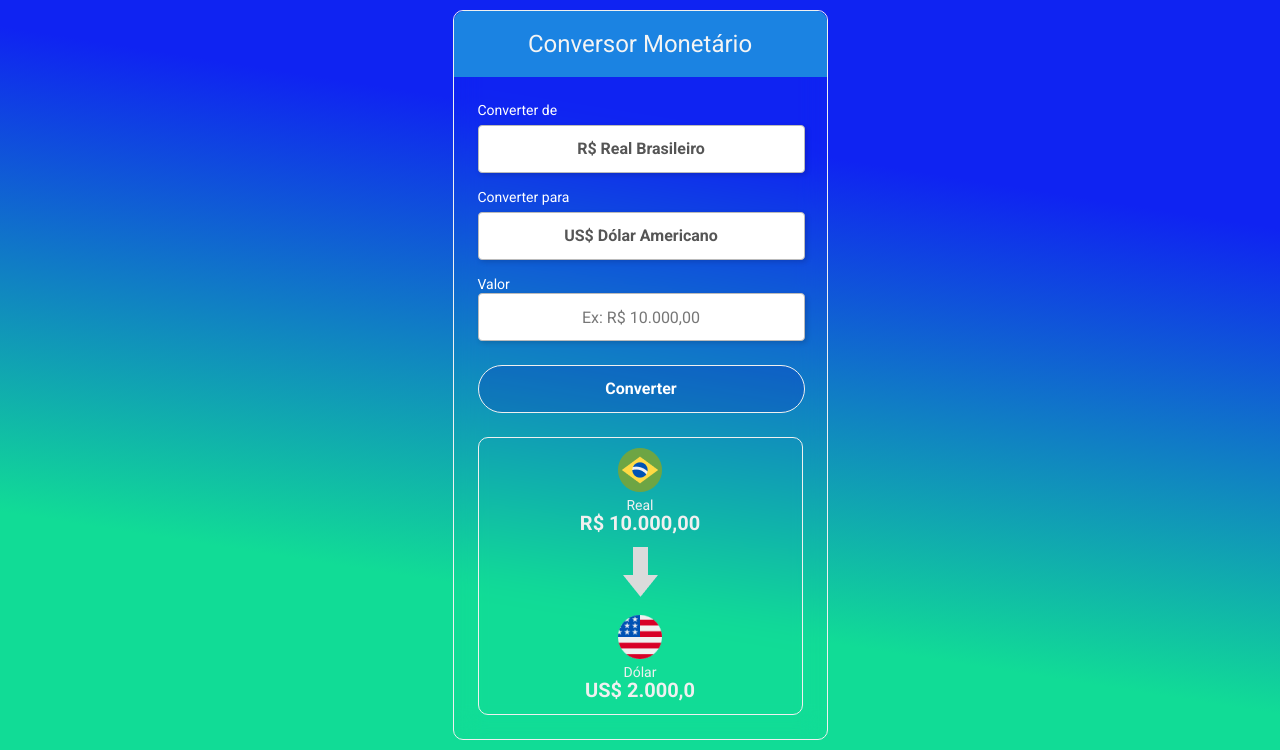
Repository: isayrous/coin-converter
Page: index.html
An editor plug-in stored every save of this project. The page is shown before and after the next save, followed by the edit.
The browser window is 1280 px wide. The pictures show the whole page.

Above is the page before, as saved 2022-11-03 00:05:23.

### index.html
<!DOCTYPE html>
<html lang="pt-br">
<head>
    <meta charset="UTF-8">
    <meta http-equiv="X-UA-Compatible" content="IE=edge">
    <meta name="viewport" content="width=device-width, initial-scale=1.0">
    <link rel='stylesheet' href="./style.css">
    <link rel="preconnect" href="https://fonts.googleapis.com">
    <link rel="preconnect" href="https://fonts.gstatic.com" crossorigin>
    <link href="https://fonts.googleapis.com/css2?family=Roboto:wght@400;700&display=swap" rel="stylesheet">
    <title>Conversor Monetário</title>
</head>
<body>
    <div class="container">

        <header>
            <h1>Conversor Monetário</h1>
        </header>

        <main>
            <label>
                Converter <strong>de</strong>
                <select id="first-select">
                    <option>R$ Real Brasileiro</option>
                    <option>US$ Dólar Americano</option>
                    <option>Bitcoin</option>
                    <option>€ Euro</option>
                </select>
            </label>

            <label>
                Converter <strong>para</strong>
                <select id="seccond-select">
                    <option>US$ Dólar Americano</option>
                    <option>Bitcoin</option>
                    <option>€ Euro</option>
                    <option>R$ Real Brasileiro</option>
                </select>
            </label>

            <label>
                <b>Valor</b>
                <input id='values' type="number" placeholder="Ex: R$ 10.000,00">
            </label>

            <button id="button-converter" >Converter</button>

            <section>
                <div>
                    <img id="currency-img1" src="./assets/BRL.png">
                    <p id="first-currency">Real</p>
                    <p id="return-input1" class="value">R$ 10.000,00</p>
                </div>

                <img src="./assets/Vector.png"><br>

                <div>
                    <img id="currency-img2" src="./assets/USA.png">
                    <p id ="seccond-currency">Dólar</p>
                    <p id="return-input2" class="value">US$ 2.000,0</p>
                </div>

            </section>

        </main>

    </div>

</body>
<script src='./scripts.js'></script>
</html>

### style.css
* {
    padding: 0;
    margin: 0;
    box-sizing: border-box;
    font-family: 'Roboto', sans-serif;
    font-style: normal;
    font-weight: normal;
    line-height: 18px;
}

body{
    background: linear-gradient(189deg, rgba(15,35,242,1) 24%, rgba(17,220,150,1) 75%);
    width: 100%;
    height: 100%;
    display: flex;
    justify-content: center;
    padding: 10px;
}

.container {
    height: 100%;
    width: 375px;
    background: transparent;
    border: 1px solid #f0f0f0;
    backdrop-filter: blur(15px);
    border-radius: 10px;
}

header {
    background-color: #1b83e2;
    border-radius: 10px 10px 0 0;
    height: 66px;
    display: flex;
    justify-content: center;
    align-items: center;
}

h1 {
    font-size: 24px;
    color:#F4F4F4;
}

main {
    padding: 24px;
}

label{
    font-weight: 400;
    font-size: 14px;
    color: #fff;
    width: 375px;
}

select{
    width: 327px;
    height: 48px;
    background: #FFFFFF;
    border: 1px solid #BBBBBB;
    border-radius: 4px;
    font-weight: 700;
    font-size: 16px;
    color: #555555;
    text-align: center;
    display: block;
    cursor: pointer;
    outline: none;
    appearance: none;
    box-shadow: 2px 2px 5px 0px #00000026;
    margin-bottom: 15px;
    margin-top: 6px;
}

input{
    width: 327px;
    height: 48px;
    background: #FFFFFF;
    border: 1px solid #BBBBBB;
    border-radius: 4px;
    font-weight: 700;
    font-size: 16px;
    color: #555555;
    text-align: center;
    box-shadow: 2px 2px 5px 0px #00000026;
    outline: none;

}

input::-webkit-outer-spin-button,input::-webkit-inner-spin-button {
  -webkit-appearance: none;
  margin: 0;
}

button {
    background: rgba(14, 17, 185, 0.2);
    border: 1px solid #f0f0f0;
    border-radius: 25px;
    height: 48px;
    width: 327px;
    font-weight: 700;
    font-size: 1rem;
    color: #fff;
    margin: 24px 0px 24px;
    cursor: pointer;
}

button:hover {
    opacity: 0.8;
}

button:active {
    opacity: 0.7;
}

section{
    border: 1px solid #f0f0f0;
    border-radius: 10px;
    padding-top: 10px;
    display: flex;
    flex-direction: column;
    align-items: center;
    text-align: center;
}

p {
    font-weight: 400;
    font-size: 14px;
    color: #f0f0f0;
}

.value {
    color: #f0f0f0;
    font-weight: 700;
    font-size: 20px;
    margin-bottom: 15px;
}

input::placeholder{color: #777777;
    font-weight: 100;}


@media screen and (max-width: 900px){
    .container {
        height: 100%;
        width: 100%;
    }

    header {
        height: 50px;
    }

    h1 {
        font-size: 20px;
    }

    main {
        padding: 4%;
    }

    label{
        font-size: 0.8rem;
    }

    select{
        font-size: 1rem;
        color: #555555;
        margin-bottom: 10px;
    }

    input{
        font-size: 1rem;
    }

    button {
        font-size: 1rem;
    }

    p {
        font-weight: 700;
        font-size: 0.8rem;
        color: #777777;
    }

    .value {
        font-size: 1rem;
    }
}

### scripts.js
const convert = document.getElementById("button-converter")
const select2 = document.getElementById("seccond-select")
const select1 = document.getElementById("first-select")
/* REAL, DOLAR, BITCOIN , EURO */
const real = [5.16, 5.08]
const dolar = [0.19 , 0.98]
const euro = [0.20 , 1.02]
const bitcoin = [98137.74 , 19010.10 , 19269.79]


const convertvalue = () => {
    const input = document.getElementById("values").value
    const returninput1 = document.getElementById("return-input1")
    const returninput2 = document.getElementById("return-input2")
    /* RETURNS DO INPUT 1 */

    if (select1.value === 'R$ Real Brasileiro') {
        returninput1.innerHTML = new Intl.NumberFormat('pt-BR', {
            style: 'currency', currency: 'BRL'
        }).format(input)

        if (select2.value === 'US$ Dólar Americano') {
            returninput2.innerHTML = new Intl.NumberFormat('en-US', {
                style: 'currency', currency: 'USD'
            }).format(input * dolar[0])
        }
        else if (select2.value === '€ Euro') {
            returninput2.innerHTML = new Intl.NumberFormat('de-DE', {
                style: 'currency', currency: 'EUR'
            }).format(input * euro[0])
        }
        else if (select2.value === 'Bitcoin'){
            returninput2.innerHTML = (input / bitcoin[0]).toFixed(2)
        }
        else if (select2.value === 'R$ Real Brasileiro') {
            returninput2.innerHTML = new Intl.NumberFormat('pt-BR', {
                style: 'currency', currency: 'BRL'
            }).format(input)
        }
    }


    else if (select1.value === 'US$ Dólar Americano') {
        returninput1.innerHTML = new Intl.NumberFormat('en-US', {
            style: 'currency', currency: 'USD'
        }).format(input)

        if (select2.value === 'US$ Dólar Americano') {
            returninput2.innerHTML = new Intl.NumberFormat('en-US', {
                style: 'currency', currency: 'USD'
            }).format(input)
        }
        else if (select2.value === '€ Euro') {
            returninput2.innerHTML = new Intl.NumberFormat('de-DE', {
                style: 'currency', currency: 'EUR'
            }).format(input * euro[1])
        }
        else if (select2.value === 'Bitcoin'){
            returninput2.innerHTML = (input / bitcoin[1]).toFixed(2)
        }
        else if (select2.value === 'R$ Real Brasileiro') {
            returninput2.innerHTML = new Intl.NumberFormat('pt-BR', {
                style: 'currency', currency: 'BRL'
            }).format(input * real[0])
        }

    }

    else if (select1.value === '€ Euro') {
        returninput1.innerHTML = new Intl.NumberFormat('de-DE', {
            style: 'currency', currency: 'EUR'
        }).format(input)

        if (select2.value === 'US$ Dólar Americano') {
            returninput2.innerHTML = new Intl.NumberFormat('en-US', {
                style: 'currency', currency: 'USD'
            }).format(input * dolar[1])
        }
        else if (select2.value === '€ Euro') {
            returninput2.innerHTML = new Intl.NumberFormat('de-DE', {
                style: 'currency', currency: 'EUR'
            }).format(input)
        }
        else if (select2.value === 'Bitcoin'){
            returninput2.innerHTML = (input / bitcoin[1]).toFixed(2)
        }
        else if (select2.value === 'R$ Real Brasileiro') {
            returninput2.innerHTML = new Intl.NumberFormat('pt-BR', {
                style: 'currency', currency: 'BRL'
            }).format(input * real[1])
        }
    }

    else if (select1.value === 'Bitcoin') {
        returninput1.innerHTML = (input)

        if (select2.value === 'US$ Dólar Americano') {
            returninput2.innerHTML = new Intl.NumberFormat('en-US', {
                style: 'currency', currency: 'USD'
            }).format(input * bitcoin[1])
        }
        else if (select2.value === '€ Euro') {
            returninput2.innerHTML = new Intl.NumberFormat('de-DE', {
                style: 'currency', currency: 'EUR'
            }).format(input * bitcoin[2])
        }
        else if (select2.value === 'Bitcoin'){
            returninput2.innerHTML = (input)
        }
        else if (select2.value === 'R$ Real Brasileiro') {
            returninput2.innerHTML = new Intl.NumberFormat('pt-BR', {
                style: 'currency', currency: 'BRL'
            }).format(input * bitcoin[0])
        }


    }

}

const change2 = () => {
    const currencyName2 = document.getElementById("seccond-currency")
    const currencyImg2 = document.getElementById("currency-img2")

    if (select2.value === '€ Euro') {
        currencyName2.innerHTML = '€ Euro'
        currencyImg2.src = "./assets/EURO.png"
    } else if (select2.value === 'Bitcoin') {
        currencyName2.innerHTML = 'Bitcoin'
        currencyImg2.src = "./assets/BITCOIN.png"
    } else if (select2.value === 'US$ Dólar Americano') {
        currencyName2.innerHTML = 'Dólar'
        currencyImg2.src = "./assets/USA.png"
    } else if (select2.value === 'R$ Real Brasileiro') {
        currencyName2.innerHTML = 'Real'
        currencyImg2.src = "./assets/BRL.png"
    }

    convertvalue()
}

const change1 = () => {
    const currencyName1 = document.getElementById("first-currency")
    const currencyImg1 = document.getElementById("currency-img1")

    if (select1.value === '€ Euro') {
        currencyName1.innerHTML = '€ Euro'
        currencyImg1.src = "./assets/EURO.png"
    } else if (select1.value === 'Bitcoin') {
        currencyName1.innerHTML = 'Bitcoin'
        currencyImg1.src = "./assets/BITCOIN.png"
    } else if (select1.value === 'US$ Dólar Americano') {
        currencyName1.innerHTML = 'Dólar'
        currencyImg1.src = "./assets/USA.png"
    } else if (select1.value === 'R$ Real Brasileiro') {
        currencyName1.innerHTML = 'Real'
        currencyImg1.src = "./assets/BRL.png"
    }
    convertvalue()

}

convert.addEventListener('click', convertvalue)
select1.addEventListener('change', change1)
select2.addEventListener('change', change2)

After the next save:
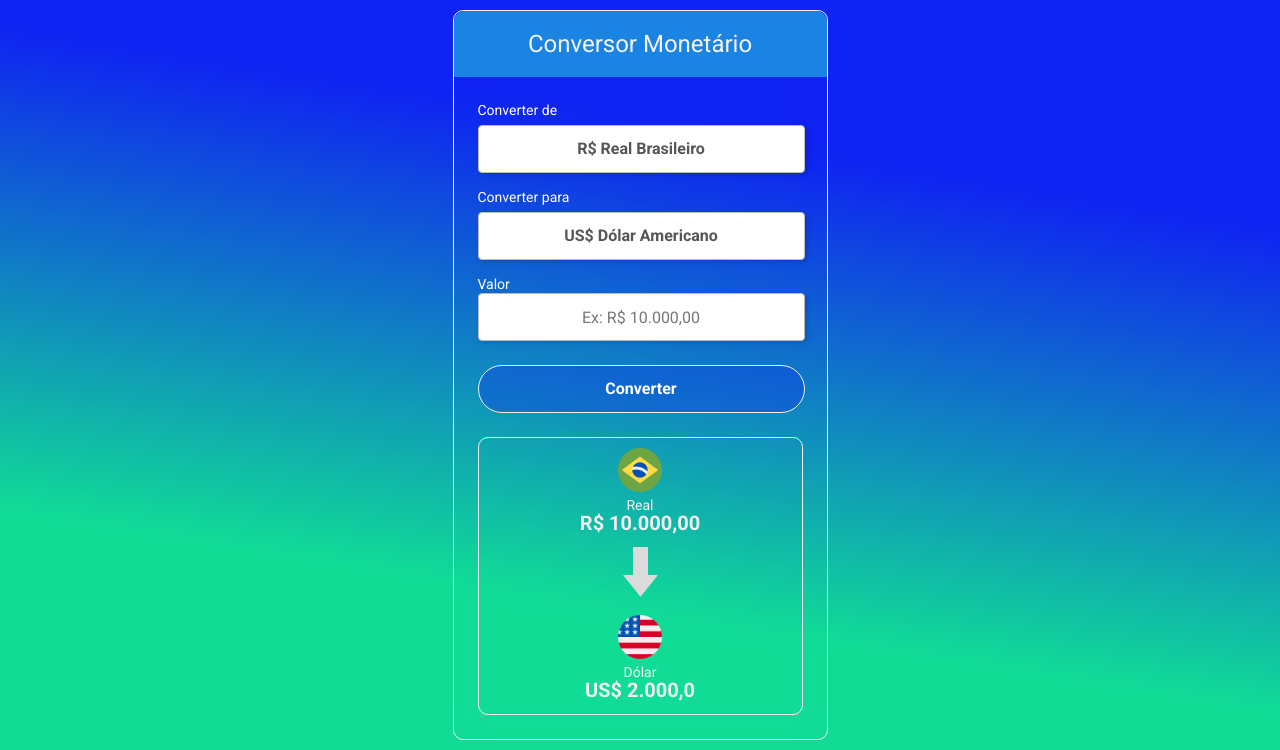
Saved 32 s later.
--- a/style.css
+++ b/style.css
@@ -91,7 +91,7 @@ input::-webkit-outer-spin-button,input::-webkit-inner-spin-button {
 }
 
 button {
-    background: rgba(14, 17, 185, 0.2);
+    background: rgba(15,35,242,0.3);
     border: 1px solid #f0f0f0;
     border-radius: 25px;
     height: 48px;
